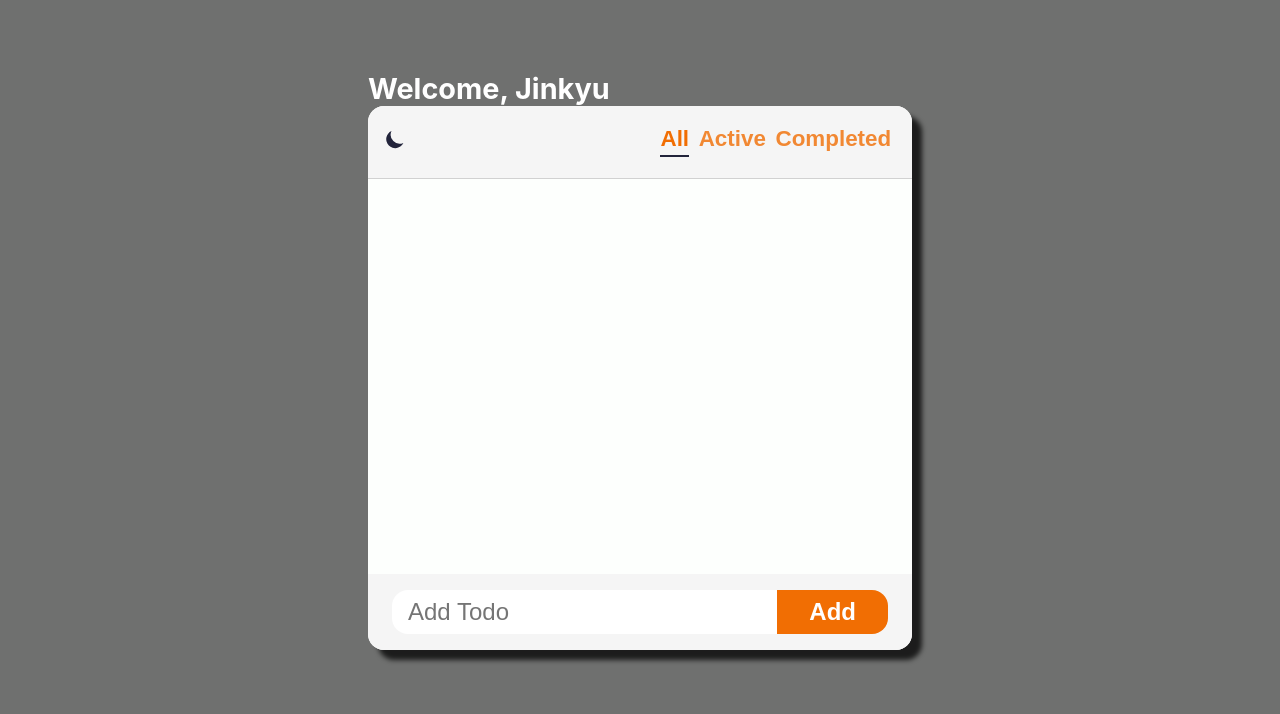
Repository: MrJinkyu/TodoList
Page: /
The author's editor kept a copy of each file at every save. The page is drawn from the files as they stood at one save, then again after a run of saves.
The browser window is 1280 px wide. The pictures show the whole page.
The project was rebuilt for these pictures with package versions that can differ from the ones it lists, and the page was loaded fresh each time. Also part of the build but not shown: src/components/Todo.module.css, src/components/Todo.jsx.

Above is the page before, as saved 2023-05-01 16:07:10.

After the next 2 saves:
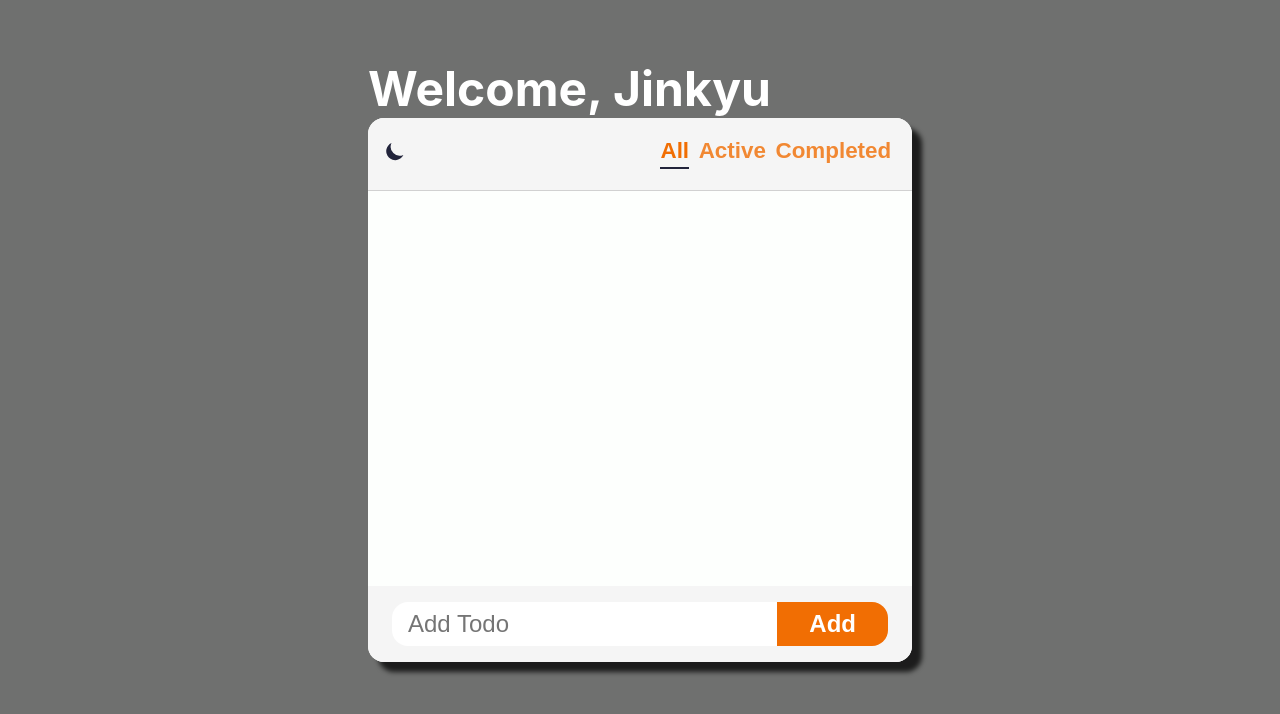
The 2 saves are shown as one change because they came seconds apart.
The last was saved 11 s later.
--- a/src/components/Greeting.module.css
+++ b/src/components/Greeting.module.css
@@ -1,3 +1,4 @@
 .greeting{
     color: var(--color-white);
+    font-size: 3rem;
 }
